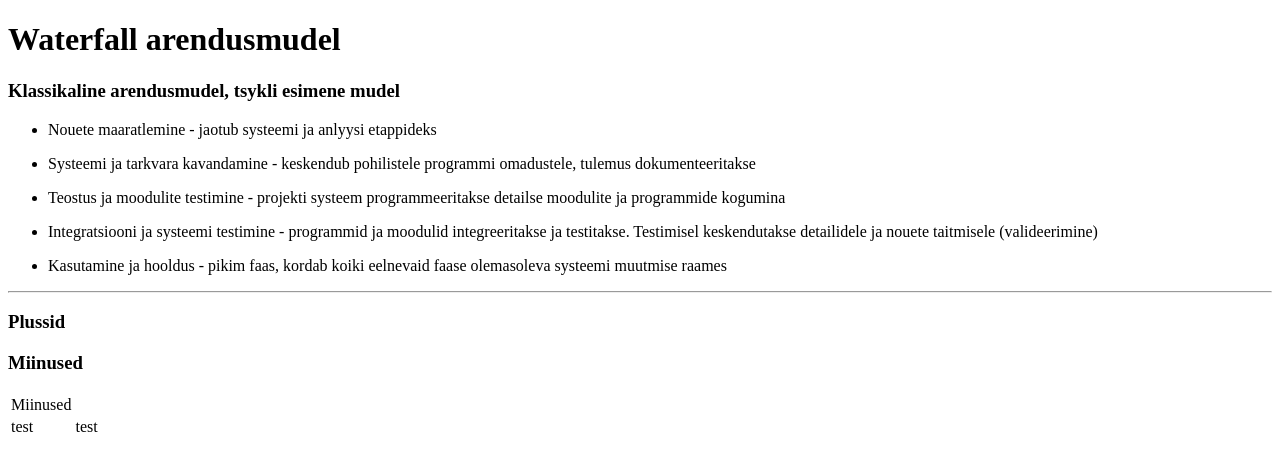
Repository: annemariv/Targe24
Page: elutsykkel/waterfall.html
These files come from the project's save history. The page is drawn as it stood at one moment and after a run of saves; the edit follows.
The browser window is 1280 px wide. The pictures show the whole page.

Above is the page before, as saved 2024-11-06 18:55:25.

After the next 3 saves:
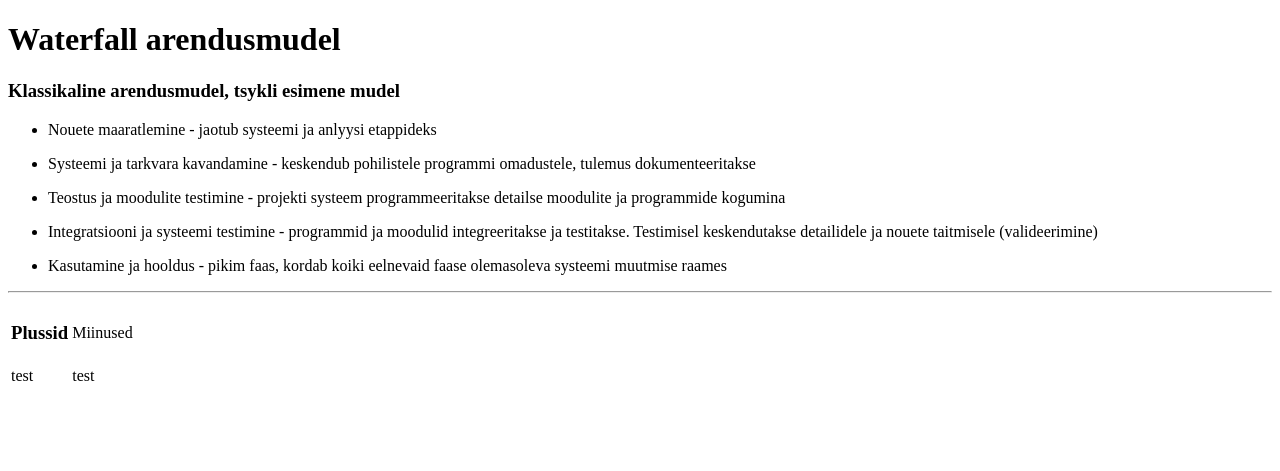
The 3 saves are shown as one change because they came seconds apart.
The last was saved 13 s later.
--- a/elutsykkel/waterfall.html
+++ b/elutsykkel/waterfall.html
@@ -35,8 +35,7 @@
     <hr/>
     <table>
         <tr>
-            <h3>Plussid</h3>
-            <h3>Miinused</h3>
+            <td><h3>Plussid</h3></td>
             <td>Miinused</td>
         </tr>
         <tr>
